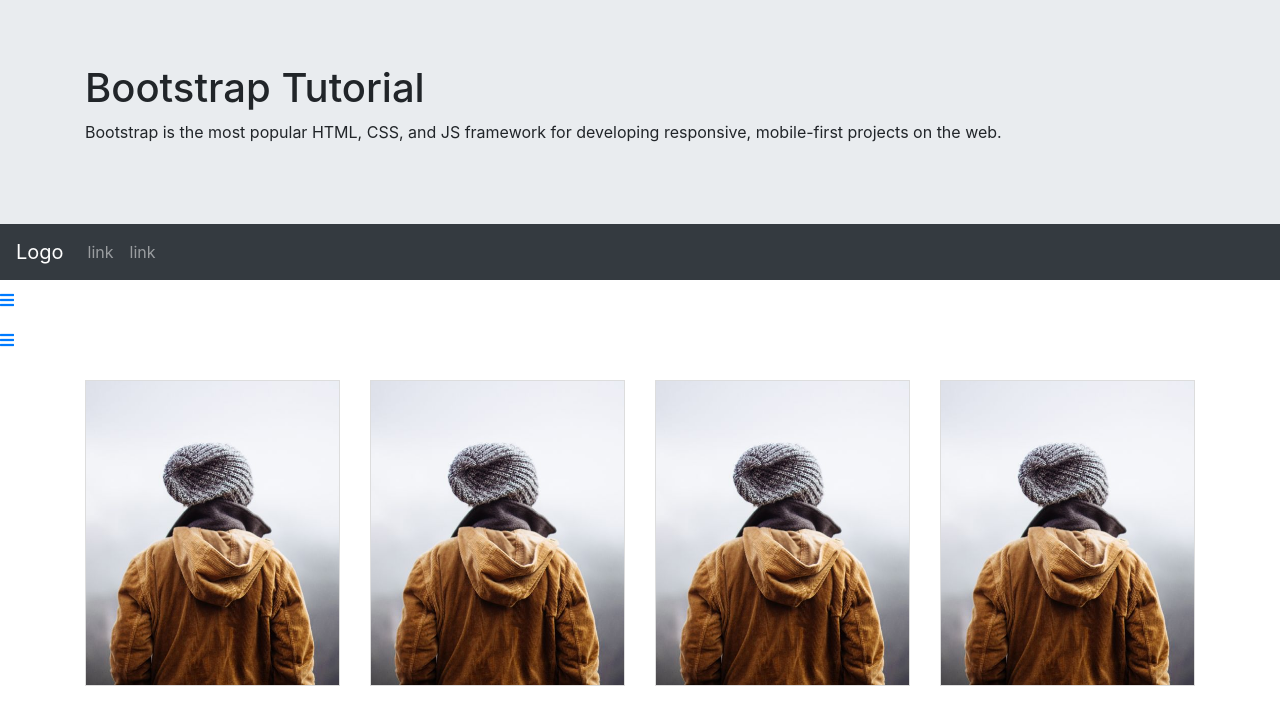
Repository: jwsimhj97/jwork_n
Page: JSPProject/WebContent/03-08/bootexam.html
The author's editor kept a copy of each file at every save. The page is drawn from the files as they stood at one save, then again after the next save.
The browser window is 1280 px wide. The pictures show the whole page.

Above is the page before, as saved 2022-03-08 06:42:46.

### JSPProject/WebContent/03-08/bootexam.html
<!DOCTYPE html>
<html lang="en">
<head>
  <title>Bootstrap Example</title>
  <meta charset="utf-8">
  <meta name="viewport" content="width=device-width, initial-scale=1">
  <link rel="stylesheet" href="https://cdn.jsdelivr.net/npm/bootstrap@4.6.1/dist/css/bootstrap.min.css">
  <link rel="stylesheet" href="https://use.fontawesome.com/releases/v5.7.0/css/all.css" integrity="sha384-lZN37f5QGtY3VHgisS14W3ExzMWZxybE1SJSEsQp9S+oqd12jhcu+A56Ebc1zFSJ" crossorigin="anonymous">
  <script src="https://cdn.jsdelivr.net/npm/jquery@3.5.1/dist/jquery.slim.min.js"></script>
  <script src="https://cdn.jsdelivr.net/npm/popper.js@1.16.1/dist/umd/popper.min.js"></script>
  <script src="https://cdn.jsdelivr.net/npm/bootstrap@4.6.1/dist/js/bootstrap.bundle.min.js"></script>
  <style>
  	.jumbotron{margin-bottom:0px !important;}
  	img{width:100%; margin-top:20px; border:1px solid #ddd;}
  	.smNav {-webkit-justify-content: space-between !important; justify-content: space-between !important;}

  	/*lg사이즈 보다 작을 때(미만)*/
  	@media screen and (max-width:992px){
  		#lgNav{display:none;}
  		#smNav{visibility:visible;}
  		.jumbotron{display:none;}
  	}
  	/*lg사이즈 보다 클 때(이상)*/
  	@media screen and (min-width:992px){
  		#lgNav{visibility:visible;}
  		#smNav{display:none;}
  	}
  </style>
</head>
<body>

<div class="jumbotron jumbotron-fluid">
  <div class="container">
    <h1>Bootstrap Tutorial</h1>
    <p>Bootstrap is the most popular HTML, CSS, and JS framework for developing responsive, mobile-first projects on the web.</p>
  </div>
</div>

<div id="lgNav">
	<nav class="lgNav navbar navbar-expand-sm bg-dark navbar-dark sticky-top">
	  <a class="navbar-brand" href="#">Logo</a>
	  <ul class="navbar-nav">
	    <li class="nav-item">
	      <a class="nav-link" href="#">link</a>
	    </li>
	    <li class="nav-item">
	      <a class="nav-link" href="#">link</a>
	    </li>
	  </ul>
	</nav>
</div>

<div id="smNav">
	<nav class="smNav navbar navbar-expand-sm bg-dark navbar-dark sticky-top">
	  <a class="navbar-brand" href="#">Logo</a>
	  <ul class="navbar-nav">
	    <li class="nav-item">
	      <a class="nav-link" href="#"><i class="fas fa-bars"></i></a>
	    </li>
	  </ul>
	</nav>
</div>

<div id="subNav">
	  <ul class="navbar-nav">
	    <li class="nav-item">
	      <a class="nav-link" href="#"><i class="fas fa-bars"></i></a>
	    </li>
	    <li class="nav-item">
	      <a class="nav-link" href="#"><i class="fas fa-bars"></i></a>
	    </li>
	  </ul>
</div>


<div class="container">
  <div class="row">
    <div class="col-sm-3"><img src="img/img_girl.jpg"></div>
    <div class="col-sm-3"><img src="img/img_girl.jpg"></div>
    <div class="col-sm-3"><img src="img/img_girl.jpg"></div>
    <div class="col-sm-3"><img src="img/img_girl.jpg"></div>
  </div>
</div>


</body>
</html>

After the next save:
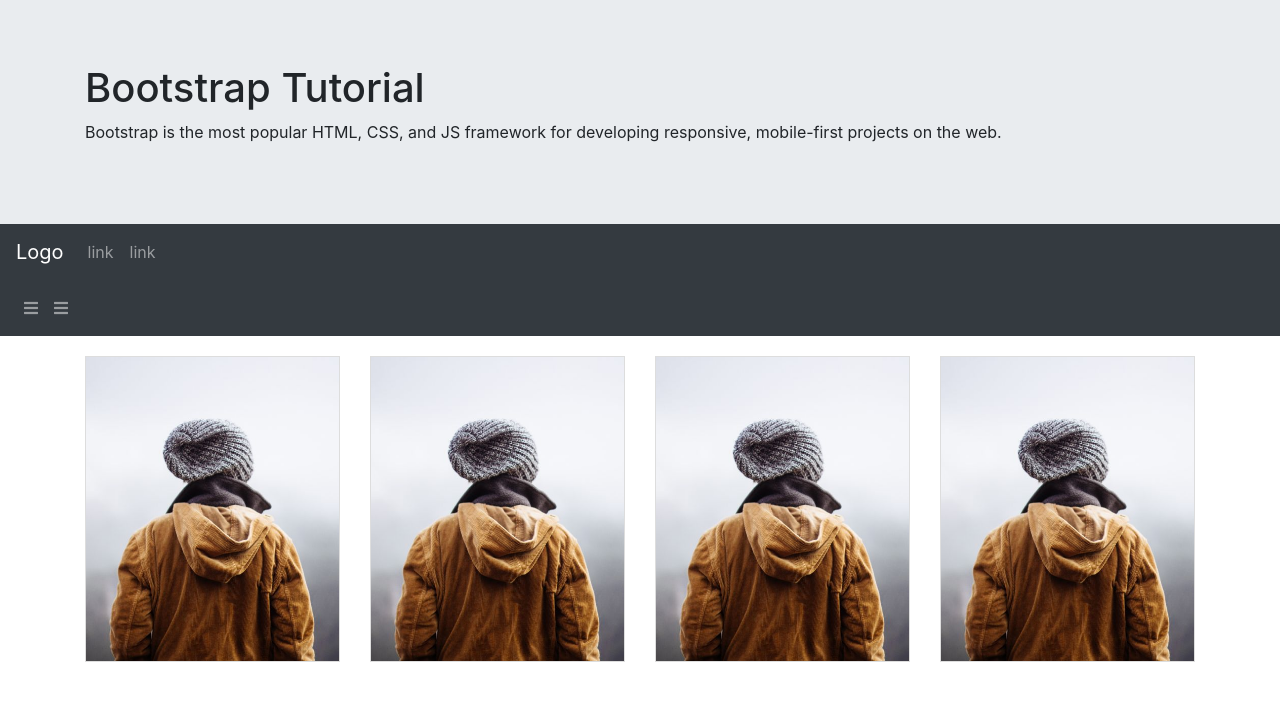
Saved 21 s later.
--- a/JSPProject/WebContent/03-08/bootexam.html
+++ b/JSPProject/WebContent/03-08/bootexam.html
@@ -62,6 +62,7 @@
 </div>
 
 <div id="subNav">
+	<nav class="smNav navbar navbar-expand-sm bg-dark navbar-dark sticky-top">
 	  <ul class="navbar-nav">
 	    <li class="nav-item">
 	      <a class="nav-link" href="#"><i class="fas fa-bars"></i></a>
@@ -70,6 +71,7 @@
 	      <a class="nav-link" href="#"><i class="fas fa-bars"></i></a>
 	    </li>
 	  </ul>
+	</nav>
 </div>
 
 
